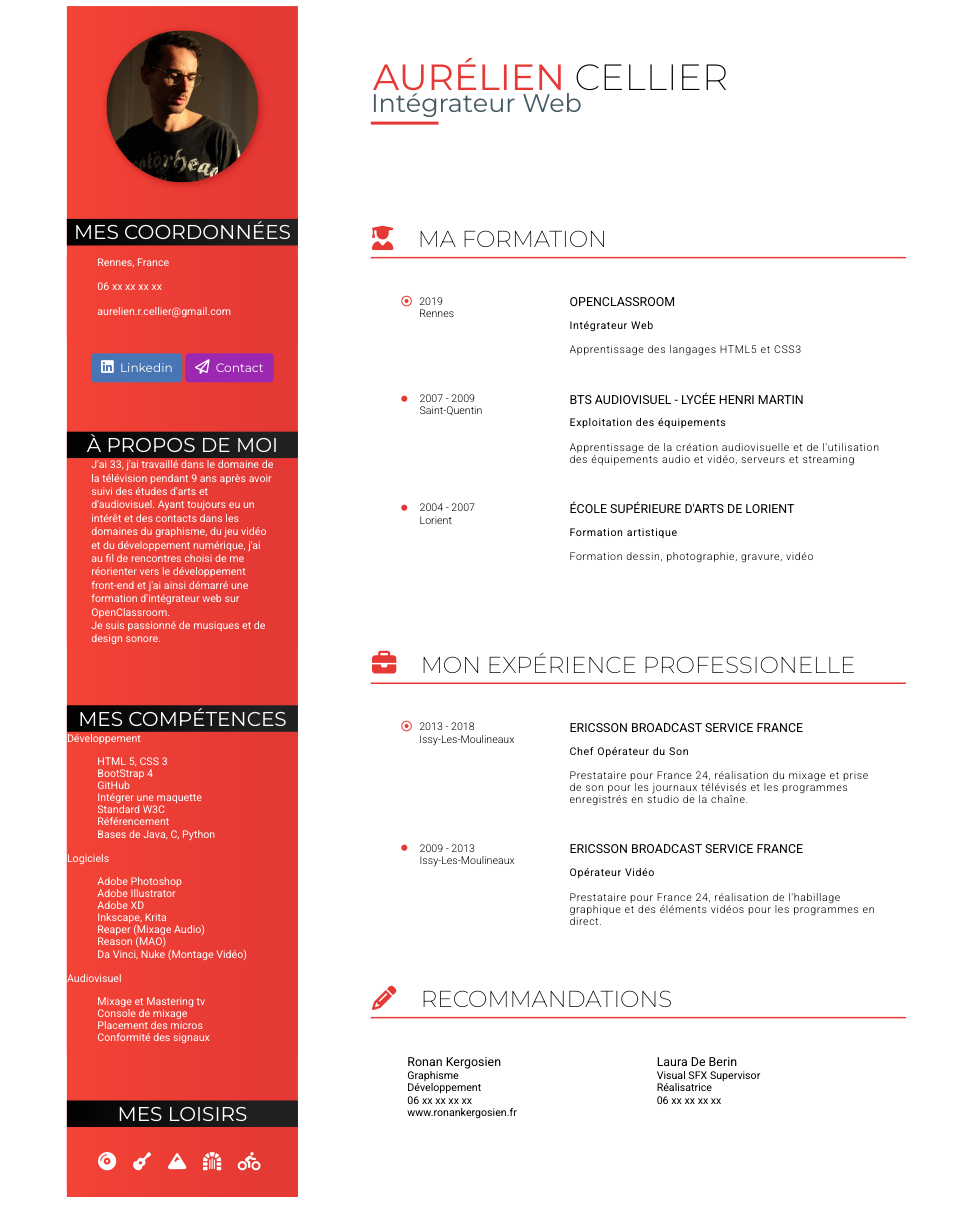
Repository: oc-math-classroom/projet-2
Page: index.html
An editor plug-in stored every save of this project. The page is shown before and after the next save, followed by the edit.
The browser window is 1280 px wide. The pictures show the whole page, at 76% of full size.
Some web libraries are served in a nearby version.

Above is the page before, as saved 2019-07-06 13:31:04.

### index.html
<!DOCTYPE html>
<html lang="fr">

<head>
    <meta charset="utf-8" />
    <meta name="description" content="parcours et cv en ligne de Aurélien Cellier, Intégrateur web développement front-end,
        ingénieur du son mixage et mastering, Rennes, France" />
    <meta name="viewport" content="width:device-width, initial-scale=1.0, shrink-to-fit=no" />
    <link rel="stylesheet" href="style.css">
    <!--Font Awesome Icons-->
    <script src="https://kit.fontawesome.com/0b17252669.js"></script>
    <!--Open Fonts-->
    <link href="https://fonts.googleapis.com/css?family=Montserrat:200,400|Roboto:300,400&display=swap"
        rel="stylesheet">
    <title>CV Aurélien Cellier - Intégrateur Web</title>
</head>

<body>
    <div class="page-wrapper">

        <!--Section 1 Header Nom-->
        <header>
            <div class="bloc-title">
                <h1 class="header-title"><span class="title-color-style">Aurélien </span>Cellier<br>
                    <span class="header-subtitle"><span class="underline-color">Intég</span>rateur Web</span></h1>
            </div>
        </header>

        <!--Section 2 Photo-->
        <aside id="photo" class="bloc-sider">
            <img src="images/profilcarre.jpg" alt="Photo de Aurélien Cellier" id="ma-photo" />
        </aside>

        <!--Section 2 bis Contact-->
        <aside id="contact" class="bloc-sider">
            <div class="band-title">
                <h2 class="side-title">Mes Coordonnées</h2>
            </div>
            <div class="bloc-texte-side">
                <ul>
                    <li>Rennes, France</li>
                    <li>06 xx xx xx xx</li>
                    <li><a href="mailto:aurelien.r.cellier@gmail.com">aurelien.r.cellier@gmail.com</a></li>
                </ul>
            </div>
            <div class="bloc-button-side">
                <a href="https://www.linkedin.com/in/aurélien-cellier-0a354a150" class="button button-linkedin">
                    <i class="fab fa-linkedin"></i>Linkedin
                </a>
                <a href="mailto:aurelien.r.cellier@gmail.com" class="button button-email">
                    <i class="far fa-paper-plane"></i>Contact
                </a>
            </div>
        </aside>

        <!--Section 3 Formations -->
        <section id="formation" class="bloc-section">
            <div class="bloc-section-title">
                <h2 class="section-title"><i class="fas fa-user-graduate"></i>Ma Formation</h2>
            </div>

            <ul>
                <li class="element-wrapper">
                    <h3 class="experience">Openclassroom</h3>
                    <div class="dot-wrapper"><i class="far fa-dot-circle"></i>
                        <p class="date-place">2019<br>Rennes</p>
                    </div>
                    <p class="description"><span class="description-poste">Intégrateur Web</span><br>
                        Apprentissage des langages HTML5 et CSS3</p>
                </li>
                <li class="element-wrapper">
                    <h3 class="experience">Bts Audiovisuel - Lycée Henri Martin</h3>
                    <div class="dot-wrapper"><i class="fas fa-circle"></i>
                        <p class="date-place">2007 - 2009<br>Saint-Quentin</p>
                    </div>
                    <p class="description"><span class="description-poste">Exploitation des équipements</span><br>
                        Apprentissage de la création audiovisuelle et de l'utilisation des équipements audio et vidéo,
                        serveurs et streaming</p>
                </li>
                <li class="element-wrapper">
                    <h3 class="experience">École Supérieure d'Arts de Lorient</h3>
                    <div class="dot-wrapper"><i class="fas fa-circle"></i>
                        <p class="date-place">2004 - 2007<br>Lorient</p>
                    </div>
                    <p class="description"><span class="description-poste">Formation artistique</span><br>
                        Formation dessin, photographie, gravure, vidéo</p>
                </li>
            </ul>

        </section>

        <!--Section 4 Expériences professionnelles-->
        <section class="bloc-section" id="experience-pro">
            <div class="bloc-section-title">
                <i class="fas fa-briefcase"></i>
                <h2 class="section-title">Mon Expérience Professionelle</h2>
            </div>

            <ul>
                <li class="element-wrapper">
                    <h3 class="experience">Ericsson Broadcast Service France</h3>
                    <div class="dot-wrapper"><i class="far fa-dot-circle"></i>
                        <p class="date-place">2013 - 2018<br>Issy-Les-Moulineaux</p>
                    </div>
                    <p class="description"><span class="description-poste">Chef Opérateur du Son</span><br>
                        Prestataire pour France 24, réalisation du mixage et prise de son pour les journaux télévisés et
                        les
                        programmes enregistrés en studio de la chaîne.</p>
                </li>
                <li class="element-wrapper">
                    <h3 class="experience">Ericsson Broadcast Service France</h3>
                    <div class="dot-wrapper"><i class="fas fa-circle"></i>
                        <p class="date-place">2009 - 2013<br>Issy-Les-Moulineaux</p>
                    </div>
                    <p class="description"><span class="description-poste">Opérateur Vidéo</span><br>
                        Prestataire pour France 24, réalisation de l'habillage graphique et des éléments vidéos pour les
                        programmes en direct.</p>
                </li>
            </ul>
        </section>

        <!--Section 5 Recommandations-->
        <section id="recommandations" class="bloc-section">
            <div class="bloc-section-title">
                <h2 class="section-title"><i class="fas fa-pencil-alt"></i>Recommandations</h2>
            </div>
            <div class="bloc-wrapper">
                <div class="bloc-contact">
                    <h3 class="contact-name">Ronan Kergosien</h3>
                    <p>Graphisme<br>
                        Développement<br>
                        06 xx xx xx xx<br>
                        <a href="https://www.ronankergosien.fr">www.ronankergosien.fr</a></p>
                </div>
                <div class="bloc-contact">
                    <h3 class="contact-name">Laura De Berin</h3>
                    <p>Visual SFX Supervisor<br>
                        Réalisatrice<br>
                        06 xx xx xx xx</p>
                </div>
            </div>

        </section>

        <!--Section 6 A propos-->
        <section id="about" class="bloc-sider">
            <div class="band-title">
                <h2 class="side-title">À propos de moi</h2>
            </div>
            <div class="bloc-texte-side">
                <p>J'ai 33, j'ai travaillé dans le domaine de la télévision pendant 9 ans après avoir suivi des études
                    d'arts et d'audiovisuel.
                    Ayant toujours eu un intérêt et des contacts dans les domaines du graphisme, du jeu vidéo et du
                    développement numérique, j'ai au fil de rencontres
                    choisi de me réorienter vers le développement front-end et j'ai ainsi démarré une formation
                    d'intégrateur web sur OpenClassroom.</p>
                <p>Je suis passionné de musiques et de design sonore. </p>
            </div>

        </section>

        <!--Section 7 Compétences-->
        <section id="skills" class="bloc-sider">
            <div class="band-title">
                <h2 class="side-title">Mes Compétences</h2>
            </div>
            <div class="bloc-texte-side">
                <h4 class="skill-group-title">Développement</h4>
                <ul>
                    <li>HTML 5, CSS 3</li>
                    <li>BootStrap 4</li>
                    <li>GitHub</li>
                    <li>Intégrer une maquette</li>
                    <li>Standard W3C</li>
                    <li>Référencement</li>
                    <li>Bases de Java, C, Python</li>
                </ul>
                <h4 class="skill-group-title">Logiciels</h4>
                <ul>
                    <li>Adobe Photoshop</li>
                    <li>Adobe Illustrator</li>
                    <li>Adobe XD</li>
                    <li>Inkscape, Krita</li>
                    <li>Reaper (Mixage Audio)</li>
                    <li>Reason (MAO)</li>
                    <li>Da Vinci, Nuke (Montage Vidéo)</li>
                </ul>
                <h4 class="skill-group-title">Audiovisuel</h4>
                <ul>
                    <li>Mixage et Mastering tv</li>
                    <li>Console de mixage</li>
                    <li>Placement des micros</li>
                    <li>Conformité des signaux</li>
                </ul>
            </div>

        </section>

        <!--Section 8 Loisirs-->
        <section id="loisirs" class="bloc-sider">
            <div class="band-title">
                <h2 class="side-title">Mes Loisirs</h2>
            </div>
            <div class="bloc-icon-side">
                <i class="fas fa-compact-disc"></i>
                <i class="fas fa-guitar"></i>
                <i class="fas fa-mountain"></i>
                <i class="fas fa-dungeon"></i>
                <i class="fas fa-biking"></i>
            </div>
        </section>

    </div>

</body>

</html>

### style.css
/* reset */
div, h1, h2, h3, h4{
    margin: 0;
    padding: 0;
    font-weight: 400;
}

p{
    margin-bottom: 0;
    padding-bottom: 1rem;
}

ul{
    list-style-type: none;
    margin-bottom: 0;
    padding-bottom: 1rem;
}

a{
    text-decoration: none;
    color: inherit;
}

/* fin reset */

.page-wrapper{
    font-family: 'Roboto', Arial, Helvetica, sans-serif;
    font-weight: 400;
    font-size: 14px;
    margin: auto;
    background: white;
}

.bloc-title{
    padding: 2rem;
    padding-top: 2rem;
    margin-bottom: 2rem;
}

.header-title{
    font-family: 'Montserrat', Arial, Helvetica, sans-serif;
    font-weight: 200;
    font-size: 3rem;
    text-transform: uppercase;
    text-indent: 0.18rem;
}

.title-color-style{
    font-weight: 400;
    color: #e53935;
}

.header-subtitle {
    font-weight: 400;
    font-size: 2.1rem;
    color:#455A64;
    text-transform: capitalize;
}

.underline-color {
    padding-bottom: 5px;
    border-bottom: 4px solid #e53935;
}

#photo {
    text-align: center;
    padding-top: 2rem;
    background: linear-gradient(to left, #e53935 50px, #f44336);
    padding-bottom: 2rem;
}

#ma-photo {
    max-width: 200px;
    border-radius: 100px;
    box-shadow: 2px 2px 10px #b71c1c;
}

#contact li {
    padding-bottom: 1rem;
}

.bloc-section {
    padding-top: 1rem;
    margin-left: 1rem;
    margin-right: 1rem;
    padding-bottom: 1rem;
}

.section-title {
    font-family: 'Montserrat', Arial, Helvetica, sans-serif;
    font-weight: 200;
    font-size: 1.5rem;
    text-transform: uppercase;
}

.bloc-section-title .fas {
    text-indent: 0.1rem;
    color: #e53935;
    margin-right: 1rem;
    font-size: 1.5rem;
}

.bloc-section-title{
    border-bottom: 2px solid #e53935;
    padding-bottom: 5px;
    margin-bottom: 2rem;
    display: flex;
}

.date-place{
    grid-column: 1/2;
    grid-row: 1/2;
    font-weight: 300;
}

.experience{
    font-weight: 400;
    grid-column: 2/4;
    grid-row: 1/2;
    text-transform: uppercase;
}

.description{
    grid-column: 2/4;
    grid-row: 2/3;
    font-weight: 300;
    letter-spacing: 0.05rem;
    padding-right: 2rem;
}

.description-poste{
    font-weight: 400;
    display: block;
}


.dot-wrapper .far, .dot-wrapper .fas{
    display: none;
}

.dot-wrapper .fas{
    font-size: 0.5rem;
    line-height: 1rem;
}

.nom-du-contact{
    margin-bottom: 1rem;
}

.bloc-wrapper{
    padding-top: 1rem;
    margin-left: 1rem;
    display: grid;
    grid-template-columns: 1fr 1fr;
    grid-template-rows: auto;
}

.bloc-wrapper + .bloc-contact:odd{
    grid-column: 2/3;
}

.bloc-texte-side, .bloc-bouton-side, .bloc-icon-side{
    background-color: #e53935; background: linear-gradient(to left, #e53935 50px, #f44336); color: white;
    padding: 1.5rem, 1.5rem, 1rem, 1.5rem;
}

.bloc-sider{
    margin-left: 0.5rem;
    margin-right: 0.5rem;
}

.band-title{
    background-color: black;
    background: linear-gradient(to left, #212121 50px, black);
    color: white;
    text-align: center;
    line-height: 2.2rem;
    font-family: 'Montserrat', Arial, Helvetica, sans-serif;
    font-weight: 200;
    font-size: 1.1rem;
    text-transform: uppercase;
}

.bloc-icon-side{
    text-align: center;
    letter-spacing: 0.5rem;
    padding: 2rem;
    font-size: 1.5rem;
}

.bloc-button-side{
    text-align: center;
    padding: 1rem;
}

.button{
    display: inline-block;
    font-weight: 400;
    font-family: 'Montserrat', Arial, Helvetica, sans-serif;
    text-align: center;
    vertical-align: middle;
    padding: 0.375rem 0.75rem;
    font-size: 1rem;
    line-height: 1.5;
    border-radius: 0.25rem;
    transition: color 0.15s ease-in-out, background-color 0.15s ease-in-out, border-color 0.15s ease-in-out, box-shadow 0.15s ease-in-out;
}

.button-email{
    background-color: #9C27B0;
    border: 1px solid #9C27B0;
    color: white;
}

.button-email:hover{
    background-color: white;
    color: #9C27B0;
}


.button-linkedin{
    background-color: #4875B4;
    border: 1px solid #4875B4;
    color: white;
}

.button i{
    font-size: 1.2rem;
    margin-right: 0.5rem;
}

.button-linkedin:hover{
    background-color: white;
    color: #4875B4;
}

@media (min-width: 768px){

    /* reset */
    p{
    margin: 0;
    padding: 0;
    font-weight: 400;
    }

    .header-title{
        font-family: 'Montserrat', Arial, Helvetica, sans-serif;
        font-weight: 200;
        font-size: 3rem;
        text-transform: uppercase;
        line-height: 1.75rem;
        text-indent: 0.18rem;
    }

    .bloc-title{
        padding: 3rem;
        padding-top: 5rem;
        margin-bottom: 2rem;
    }

    .element-wrapper{
        display: grid;
        grid-template-columns: 1fr 2fr;
        grid-template-rows: auto auto;
        padding-top: 1rem;
        margin-bottom: 2rem;
    }

    .dot-wrapper{
        display: flex;
    }

    .dot-wrapper .far, .dot-wrapper .fas{
        display: inline;
        color: #e53935;
        margin-right: 0.6rem;
        line-height: 1.1rem;
    }

    .dot-wrapper .fas{
        display: inline;
        font-size: 0.5rem;
        line-height: 1rem;
        margin-right: 1rem;
    }

    #about .bloc-texte-side{
        padding-left: 2rem;
        padding-right: 2rem;
        line-height: 1.1rem;
    }

    .bloc-section{
        padding-top: 3rem;
        margin-left: 3rem;
        margin-right: 3rem;
        padding-bottom: 1rem;
    }

    .bloc-wrapper{
        margin-left: 3rem;
    }

    .bloc-sider{
        margin-left: 3rem;
        margin-right: 3rem;
    }

    .bloc-section-title .fas{
        margin-right: 2rem;
        font-size: 2rem;
    }

    .section-title{
        font-size: 1.9rem;
    }

}

@media (min-width: 992px){

    .page-wrapper{
        max-width: 1200px;
        font-size: 14px;
        margin: auto;
        display: grid;
        grid-template-columns: 1fr 2fr;
        grid-template-rows: repeat(40, 40px);
    }

    header{
        grid-column: 2/4;
        grid-row: 1/7;
    }

    #photo{
        grid-column: 1/2;
        grid-row: 1/40;
        background-color: #e53935;
        background: linear-gradient(to left, #e53935 50px, #f44336);
    }

    #formation{
        grid-column: 2/4;
        grid-row: 7/21;
    }

    #experience-pro{
        grid-column: 2/4;
        grid-row: 21/30;
    }

    #recommandations{
        grid-column: 2/4;
        grid-row: 32;
    }

    #contact{
        grid-column: 1/2;
        grid-row: 8/15
    }

    #about{
        grid-column: 1/2;
        grid-row: 15/24;
    }

    #skills{
        grid-column: 1/2;
        grid-row: 24/37;
    }

    #loisirs{
        grid-column: 1/2;
        grid-row: 37;
    }

    .bloc-sider{
        margin-left: 1rem;
        margin-right: 1rem;
    }

}

@media (min-width:1200px){

    .bloc-sider{
        margin-left: 3rem;
        margin-right: 3rem;
    }

}

After the next save:
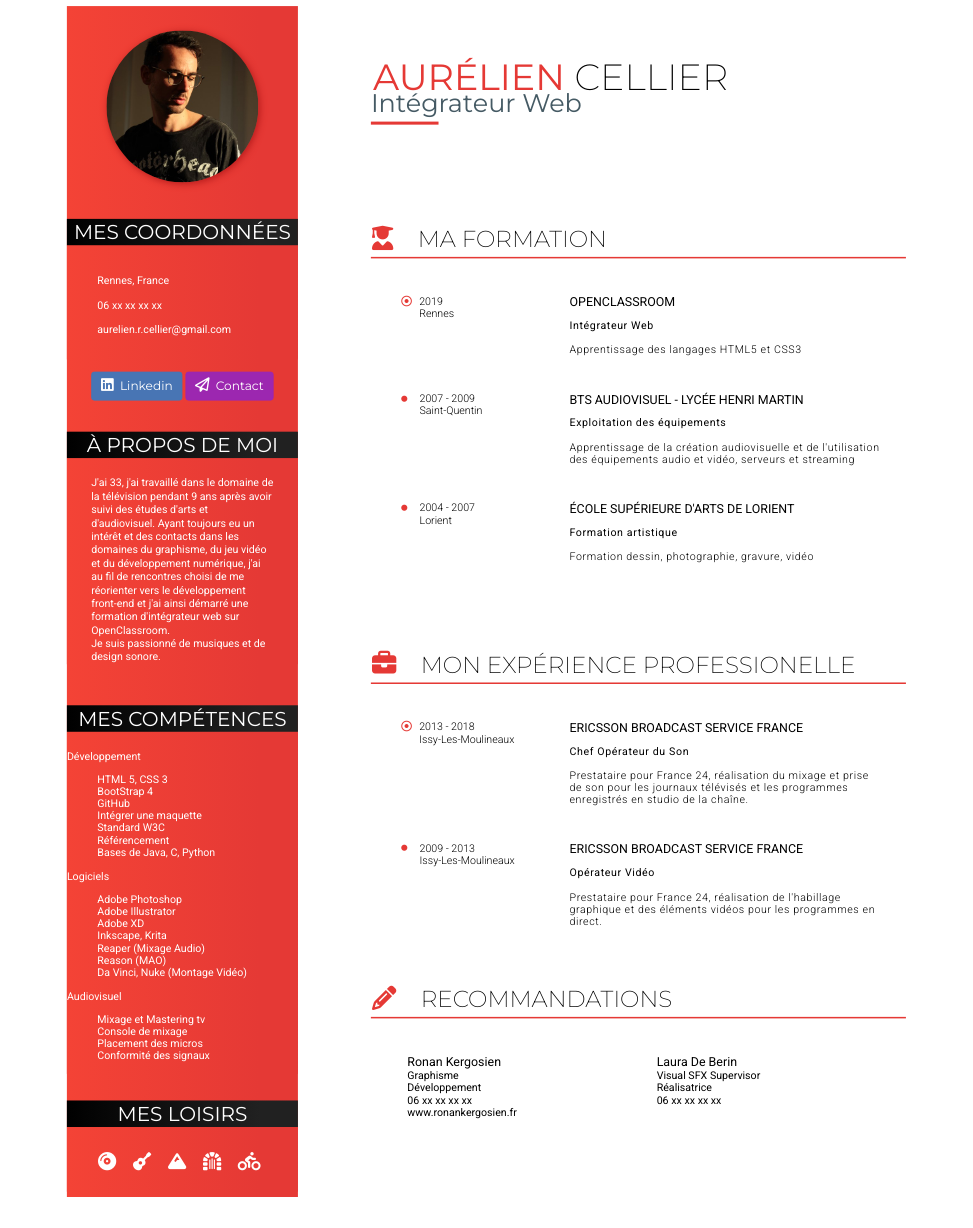
Saved 24 s later.
--- a/style.css
+++ b/style.css
@@ -162,6 +162,7 @@ a{
 .bloc-texte-side, .bloc-bouton-side, .bloc-icon-side{
     background-color: #e53935; background: linear-gradient(to left, #e53935 50px, #f44336); color: white;
     padding: 1.5rem, 1.5rem, 1rem, 1.5rem;
+    padding-top: 1.5rem;
 }
 
 .bloc-sider{
